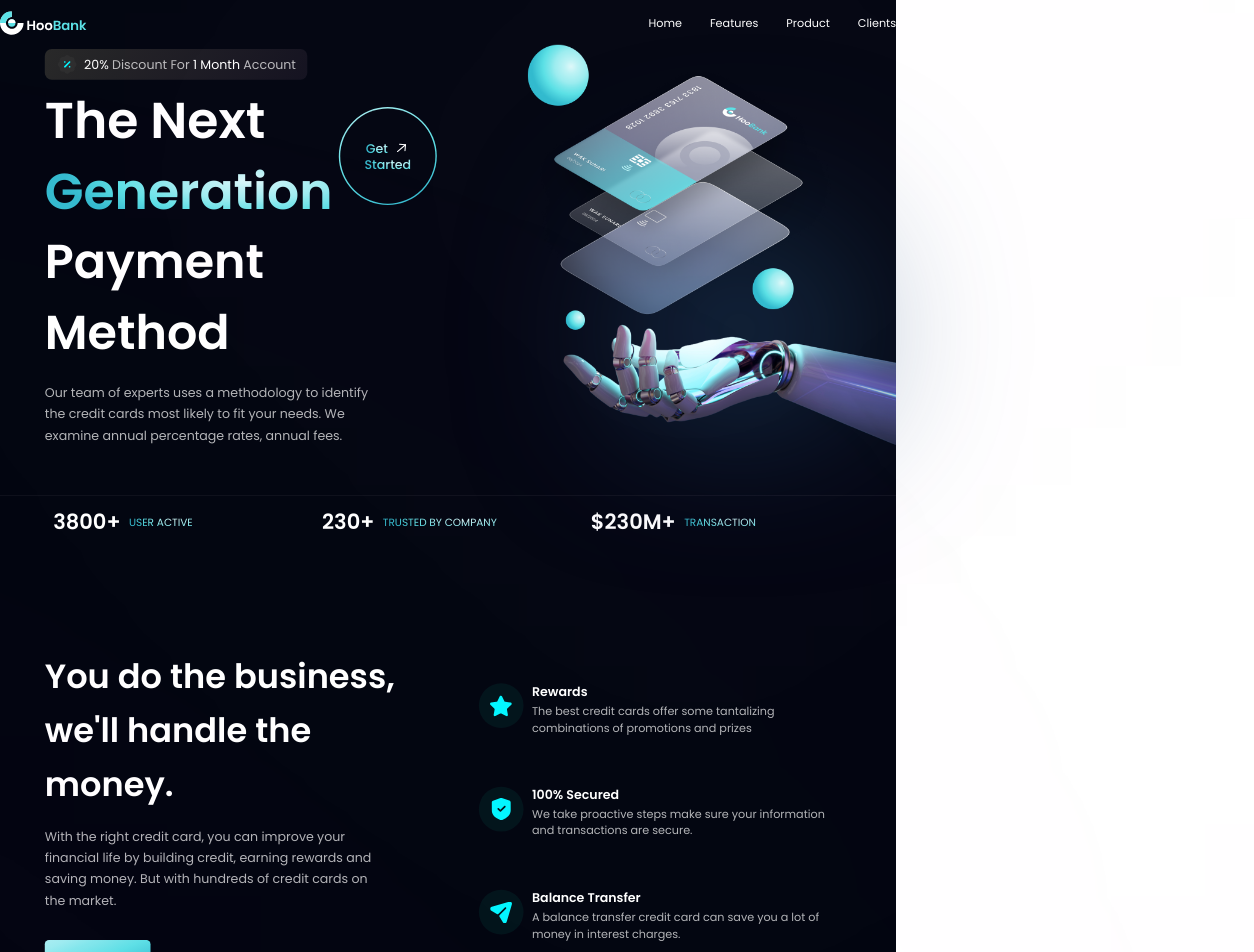
Repository: Carlito-Pedida/modern-app
Page: /
The author's editor kept a copy of each file at every save. The page is drawn from the files as they stood at one save, then again after the next save.
The browser window is 1280 px wide. The page is 1792 px wide, then 1280 px, so the pictures cover 1792 px, including what lies to the right of the window. The pictures show the part of the page from y = 0 to 1360 px (the page is 4402 px tall), at 70% of full size.
The project was rebuilt for these pictures with package versions that can differ from the ones it lists, and the page was loaded fresh each time. Also part of the build but not shown: vite.config.js.

Above is the page before, as saved 2024-11-16 12:42:02.

### src/App.jsx
import styles from "./style";
import {
  Navbar,
  Billing,
  CardDeal,
  Business,
  Clients,
  CTA,
  Stats,
  Footer,
  Testimonials,
  Hero,
} from "./components";

const App = () =>  {
  return (
    <div className="bg-black-gradient-2 ">
      <div className={`${styles.paddingX} ${styles.flexCenter}`}>
        <div className={`${styles.boxWidth} fixed top-0 z-10`}>
          <Navbar/>
        </div>
      </div>

      <div className={`bg-primary ${styles.flexStart}`}>
        <div className={`${styles.boxWidth}`}>
          <Hero/>
        </div>
      </div>

      <div className={`bg-primary ${styles.paddingX} ${styles.flexStart}`}>
        <div className={`${styles.boxWidth}`}>
          <Stats/>
          <Business/>
          <Billing/>
          <CardDeal/>
          <Testimonials/>
          <Clients/>
          <CTA/>
          <Footer/>
        </div>
      </div>

    </div>
  )
}

export default App

### src/style.js
const styles = {
  boxWidth: "xl:max-w-[1280px] w-full",

  heading2: "font-poppins font-semibold xs:text-[48px] text-[40px] text-white xs:leading-[76.8px] leading-[66.8px] w-full",
  paragraph: "font-poppins font-normal text-dimWhite text-[18px] leading-[30.8px]",

  flexCenter: "flex justify-center items-center",
  flexStart: "flex justify-center items-start",

  paddingX: "sm:px-16 px-6",
  paddingY: "sm:py-16 py-6",
  padding: "sm:px-16 px-6 sm:py-12 py-4",

  marginX: "sm:mx-16 mx-6",
  marginY: "sm:my-16 my-6",
};

export const layout = {
  section: `flex md:flex-row flex-col ${styles.paddingY}`,
  sectionReverse: `flex md:flex-row flex-col-reverse ${styles.paddingY}`,

  sectionImgReverse: `flex-1 flex ${styles.flexCenter} md:mr-10 mr-0 md:mt-0 mt-10 relative`,
  sectionImg: `flex-1 flex ${styles.flexCenter} md:ml-10 ml-0 md:mt-0 mt-10 relative`,

  sectionInfo: `flex-1 ${styles.flexStart} flex-col`,
};

export default styles;

### src/components/index.js
import Navbar from "./Navbar";
import Billing from "./Billing";
import CardDeal from "./CardDeal";
import Business from "./Business";
import Clients from "./Clients";
import CTA from "./CTA";
import Stats from "./Stats";
import Footer from "./Footer";
import Testimonials from "./Testimonials";
import Hero from "./Hero";
import GetStarted from "./GetStarted";
import FeatureCard from "./FeatureCard";

export {
  Navbar,
  Billing,
  CardDeal,
  Business,
  Clients,
  CTA,
  Stats,
  Footer,
  Testimonials,
  Hero,
  GetStarted,
  FeatureCard
};

### src/components/Navbar.jsx
import React from 'react';
import {useState} from "react";
import { close, logo, menu } from "../assets";
import {navLinks} from "../constants"

const Navbar = () => {
const [toggle, setToggle] = useState(false)

  return (
    <nav className="w-full flex py-4 justify-between items-center navbar">
      <img src={logo} alt='hoobank' className='w-[124px] h-[32px ]' />

      <ul className='list-none sm:flex hidden justify-end items-center flex-1'>
        { navLinks.map((nav, index) => (
          <li key={nav.id} className={`font-poppins font-normal cursor-pointer text-[16px] ${index === navLinks.length - 1 ? 'mr-0' : "mr-10"} text-white`}>
              <a href={`#${nav.id}`}>
                {nav.title}
              </a>
          </li>
        ))
        }
      </ul>

      <div className='sm:hidden flex flex-1 justify-end items-center'>
        <img src={toggle ? close : menu} alt='menu' className='w-[28px] h-[28px] object-contain' onClick={() => setToggle((prev) => !prev)} />

        <div className={`${toggle ? 'flex' : 'hidden'} p-6 bg-black-gradient absolute top-20 right-0 mx-4 my-2 min-w-[140px] rounded-xl sidebar`}>
        <ul className='list-none sm:flex flex-col justify-end items-center flex-1'>
        { navLinks.map((nav, index) => (
          <li key={nav.id} className={`font-poppins font-normal cursor-pointer text-[16px] ${index === navLinks.length - 1 ? 'mr-0' : "mb-4"} text-white`}>
              <a href={`#${nav.id}`}>
                {nav.title}
              </a>
          </li>
        ))
        }
      </ul>
        </div>
      </div>
    </nav>
  )
}

export default Navbar

### src/components/Billing.jsx
import { apple, bill, google } from "../assets";
import styles, {layout} from "../style"

const Billing = () => (
    <section id="product" className={layout.sectionReverse}>
      <div className={layout.sectionImgReverse}>
        <img src={bill} alt="billing" className="w-[100%] h-[]100% relative z-[5]" />

        {/* gradient start */}
        <div className="absolute z-[3] -left-1/2 top-0 w-[50%] h-[50%]   rounded-full white__gradient" />
        <div className="absolute z-[0] w-[50%] h-[50%] -left-1/2 bottom-0 rounded-full pink__gradient" />
        {/* gradient end */}
      </div>

      <div className={layout.sectionInfo}>
        <h2 className={styles.heading2}>Easily control your <br className="sm:block hidden"/> billing & invoicing.</h2>
        <p className={`${styles.paragraph} max-w-[470px] mt-5`}>Elit enim sed massa etiam. Mauris eu adipiscing ultrices ametodio aenean neque. Fusce ipsum orci rhoncus aliporttitor integer platea placerat.</p>

        <div className="flex flex-row flex-wrap sm:mt-10 mt-6">

         <img src={apple} alt="applestore" className="w-[128px] h-[42px] object-contain mr-5 cursor-pointer " />

          <img src={google} alt="googleplay" className="w-[128px] h-[42px] object-contain cursor-pointer " />
        </div>
      </div>

    </section>
  )

export default Billing

### src/components/CardDeal.jsx
import {card} from "../assets";
import styles, {layout} from "../style"
import Button from "./Button";


const CardDeal = () => (
    <section className={layout.section}>
      <div className={layout.sectionInfo}>
        <h2 className={styles.heading2}>Find a better card deal <br className="sm:block hidden" /> in a few easy steps.</h2>
        <p className={`${styles.paragraph} max-w-[470px] mt-5x`}>Arcu tortor, purus in mattis at sed integer faucibus. Aliquet quis aliquet eget mauris tortor.ç Aliquet ultrices ac, ametau.</p>

        <Button  styles='mt-10' label='Find Deals' />
      </div>

      <div className={layout.sectionImg}>
        <img src={card} alt="card" className="w-[100%] h-[100%] " />
      </div>
    </section>
  )


export default CardDeal

### src/components/Business.jsx
import { features } from "../constants";
import styles, {layout} from "../style";
import Button from "./Button";
import FeatureCard from "./FeatureCard";

const Business = () => {
  return (
    <section id="features" className={layout.section}>
        <div className={layout.sectionInfo}>
          <h2 className={styles.heading2}>You do the business, <br className="sm:block hidden"/> we'll handle the money.</h2>
          <p className={`${styles.paragraph} max-w-[470px] mt-5`}>With the right credit card, you can improve your financial life by building credit, earning rewards and saving money. But with hundreds of credit cards on the market.</p>
          <Button styles='mt-10' label='Get Started'/>
        </div>

        <div className={`${layout.sectionImg} flex-col`}>
          {features.map((feature, index) => (
            <FeatureCard key={feature.id} {...feature} index={index} />
          ))}
        </div>
    </section>
  )
}

export default Business

### src/components/Clients.jsx
import { clients } from "../constants"
import styles from "../style"

const Clients = () => (
    <section className={`${styles.flexCenter} my-4`}>
      <div className={`${styles.flexCenter} flex-wrap w-full`}>
        {clients.map((client) => (
          <div key={client.id} className={`flex-1 ${styles.flexCenter} sm:min-1-[192px] min-w-[120px] group`}>
            <img src={client.logo} alt="client"className="sm:w-[192px] w-[100px] object-contain  transition-all duration-300 group-hover:brightness-200 group-hover:drop-shadow-[0_4px_10px_rgba(255,255,255,0.7)]" />
          </div>
        ))}
      </div>
    </section>
  )


export default Clients

### src/components/CTA.jsx
import styles from "../style"
import Button from "./Button"


const CTA = () => (
    <section className={`${styles.flexCenter} ${styles.marginY} ${styles.padding} sm:flex-row flex-col bg-black-gradient-2 rounded-[20px] box-shadow`}>
      <div className="flex-1 flex flex-col">
        <h2 className={styles.heading2}>Let's try our service now</h2>
        <p className={`${styles.paragraph} max-w-[470px] mt-5`}>Everything you need to accept card payments and grow your business anywhere on the planet.</p>
      </div>

      <div className={`${styles.flexCenter} sm:ml-10 ml-0 sm:mt-0 mt-10`} >
        <Button   styles='mt-10' label='Start Service' />
      </div>
    </section>
  )


export default CTA

### src/components/Stats.jsx
import { stats } from "../constants";
import styles from "../style";


const Stats = () => (
    <div className={`${styles.flexCenter} flex-row flex-wrap sm:mb-20 mb-6`}>
      {stats.map((stat) => (
        <div key={stat.id} className={`flex-1 flex justify-start items-center flex-row m-3`}>
          <h4 className="font-poppins font-semibold xs:text[40px] text-[30px] xs:leading-[53px] leading-[43px] text-white">{stat.value}</h4>
          <p className="font-poppins font-normal xs:text[20px] text-[15px] xs:leading-[26px] leading-[21px] text-gradient uppercase ml-3">{stat.title}</p>
          </div>
      ))}
    </div>
  )

export default Stats

### src/components/Testimonials.jsx
import {feedback} from "../constants"
import styles from "../style"
import FeedbackCard from "./FeedbackCard"

const Testimonials = () => (
  <section id="clients" className={`${styles.paddingY} ${styles.flexCenter} flex-col relative `}>
  <div className="absolute z-[0] w-[60%] h-[60%] -right-[50%] rounded-full blue__gradient bottom-40" />

  <div className="w-full flex justify-between items-center md:flex-row flex-col sm:mb-16 mb-6 relative z-[1]">
    <h2 className={styles.heading2}>
      What People are <br className="sm:block hidden" /> saying about us
    </h2>
    <div className="w-full md:mt-0 mt-6">
      <p className={`${styles.paragraph} text-left max-w-[450px]`}>
        Everything you need to accept card payments and grow your business
        anywhere on the planet.
      </p>
    </div>
  </div>

  <div className="flex flex-wrap sm:justify-start justify-center w-full feedback-container relative z-[1]">
    {feedback.map((card) => <FeedbackCard key={card.id} {...card} />)}
  </div>
</section>
  )


export default Testimonials

### src/components/Hero.jsx
import styles from '../style'
import {discount, robot} from '../assets'
import GetStarted from './GetStarted'

const Hero = () => (
    <section id='home' className={`flex md:flex-row flex-col ${styles.paddingY}`}>
        <div className={`flex-1 ${styles.flexStart} flex-col xl:px-0 sm:px-16 px-6`}>
      <div className='flex flex-row items-center py-[6px] px-4 bg-discount-gradient rounded-[10px] mb-2'>
        <img src={discount} alt='discount'
        className='w-[32px] h-[32px]' />
          <p className={`${styles.paragraph} ml-2`}>
          <span className='text-white'>20%</span> Discount For {" "}
          <span className='text-white'>1 Month</span> Account
        </p>
      </div>

      <div className='flex flex-row justify-between items-center w-full'>
        <h1 className='flex-1 font-poppins font-semibold ss:text-[72px] text-[52px] text-white ss:leading-[100.8px] leading-[75px]'>
          The Next <br className='"sm:block hidden'/>
          <span className='text-gradient'>Generation</span>
        </h1>

        <div className='ss:flex hidden md:mr-4 mr-0'>
          <GetStarted />
        </div>
      </div>

      <h1 className='font-poppins font-semibold ss:text-[68px] text-[52px] text-white ss:leading-[100.8px] leading-[75px] w-full'>Payment Method</h1>

      <p className={`${styles.paragraph} max-w-[470px] mt-5`}>Our team of experts uses a methodology to identify the credit cards most likely to fit your needs.
      We examine annual percentage rates, annual fees.</p>
        </div>

        <div className={`flex-1 flex ${styles.flexCenter} md:my-0 my-10 relative`}>
          <img src={robot} alt='billing' className='w-[100%] h-[100%] relative z-[5]'/>

           {/* gradient start */}
        <div className="absolute z-[0] w-[40%] h-[35%] top-0 pink__gradient" />
        <div className="absolute z-[1] w-[80%] h-[80%] rounded-full white__gradient bottom-40" />
        <div className="absolute z-[0] w-[50%] h-[50%] right-20 bottom-20 blue__gradient" />
        {/* gradient end */}
        </div>

        <div className={`ss:hidden ${styles.flexCenter}`}>
        <GetStarted />
      </div>
    </section>
  )


export default Hero

### src/components/GetStarted.jsx
import styles from "../style"
import { arrowUp } from "../assets"

const GetStarted = () => (
    <div className={`${styles.flexCenter} w-[140px] h-[140px] rounded-full bg-blue-gradient p-[2px] cursor-pointer`}>
      <div className={`${styles.flexCenter} flex-col bg-primary w-[100%] h-[100%] rounded-full`} >
        <div className={`${styles.flexStart} flex-row`}>
          <p className="font-poppins font-medium text-[18px] leading-[23px] mr-2">
            <span className="text-gradient">Get</span>
          </p>
          <img src={arrowUp} alt="arrow" className="w-[23px] h-[23px] object-contain"/>
        </div>
        <p className="font-poppins font-medium text-[18px] leading-[23px]">
            <span className="text-gradient">Started</span>
          </p>
      </div>
    </div>
  )


export default GetStarted

### src/components/FeatureCard.jsx
import styles from "../style";
import { features } from "../constants";

const FeatureCard = ({ icon, title, content, index }) =>
  ( <div className={`flex flex-row p-6 rounded-[20px] ${index !== features.length - 1 ? "mb-6" : "mb-0"} feature-card`}>
      <div className={`w-[64px] h-[64px] rounded-full ${styles.flexCenter} bg-dimBlue`}>
        <img src={icon} alt="star" className="w-[50%] h-[50%] object-contain" />
      </div>
      <div className="flex-1 flex flex-col ml-3">
        <h4 className="font-poppins font-semibold text-white text-[18px] leading-[23.4px] mb-1">
          {title}
        </h4>
        <p className="font-poppins font-normal text-dimWhite text-[16px] leading-[24px]">
          {content}
        </p>
      </div>
    </div>
  )
export default FeatureCard

### src/assets/index.js
import airbnb from "./airbnb.png";
import bill from "./bill.png";
import binance from "./binance.png";
import card from "./card.png";
import coinbase from "./coinbase.png";
import dropbox from "./dropbox.png";
import logo from "./logo.svg";
import quotes from "./quotes.svg";
import robot from "./robot.png";
import send from "./Send.svg";
import shield from "./Shield.svg";
import star from "./Star.svg";
import menu from "./menu.svg";
import close from "./close.svg";
import google from "./google.svg";
import apple from "./apple.svg";
import arrowUp from "./arrow-up.svg";
import discount from "./Discount.svg";
import facebook from "./facebook.svg";
import instagram from "./instagram.svg";
import linkedin from "./linkedin.svg";
import twitter from "./twitter.svg";
import people01 from "./people01.png";
import people02 from "./people02.png";
import people03 from "./people03.png";

export {
  airbnb,
  bill,
  binance,
  card,
  coinbase,
  dropbox,
  logo,
  quotes,
  robot,
  send,
  shield,
  star,
  menu,
  close,
  google,
  apple,
  arrowUp,
  discount,
  facebook,
  instagram,
  linkedin,
  twitter,
  people01,
  people02,
  people03,
};

### src/constants/index.js
import { people01, people02, people03, facebook, instagram, linkedin, twitter, airbnb, binance, coinbase, dropbox, send, shield, star  } from "../assets";

export const navLinks = [
  {
    id: "home",
    title: "Home",
  },
  {
    id: "features",
    title: "Features",
  },
  {
    id: "product",
    title: "Product",
  },
  {
    id: "clients",
    title: "Clients",
  },
];

export const features = [
  {
    id: "feature-1",
    icon: star,
    title: "Rewards",
    content:
      "The best credit cards offer some tantalizing combinations of promotions and prizes",
  },
  {
    id: "feature-2",
    icon: shield,
    title: "100% Secured",
    content:
      "We take proactive steps make sure your information and transactions are secure.",
  },
  {
    id: "feature-3",
    icon: send,
    title: "Balance Transfer",
    content:
      "A balance transfer credit card can save you a lot of money in interest charges.",
  },
];

export const feedback = [
  {
    id: "feedback-1",
    content:
      "Money is only a tool. It will take you wherever you wish, but it will not replace you as the driver.",
    name: "Herman Jensen",
    title: "Founder & Leader",
    img: people01,
  },
  {
    id: "feedback-2",
    content:
      "Money makes your life easier. If you're lucky to have it, you're lucky.",
    name: "Steve Mark",
    title: "Founder & Leader",
    img: people02,
  },
  {
    id: "feedback-3",
    content:
      "It is usually people in the money business, finance, and international trade that are really rich.",
    name: "Kenn Gallagher",
    title: "Founder & Leader",
    img: people03,
  },
];

export const stats = [
  {
    id: "stats-1",
    title: "User Active",
    value: "3800+",
  },
  {
    id: "stats-2",
    title: "Trusted by Company",
    value: "230+",
  },
  {
    id: "stats-3",
    title: "Transaction",
    value: "$230M+",
  },
];

export const footerLinks = [
  {
    title: "Useful Links",
    links: [
      {
        name: "Content",
        link: "https://www.hoobank.com/content/",
      },
      {
        name: "How it Works",
        link: "https://www.hoobank.com/how-it-works/",
      },
      {
        name: "Create",
        link: "https://www.hoobank.com/create/",
      },
      {
        name: "Explore",
        link: "https://www.hoobank.com/explore/",
      },
      {
        name: "Terms & Services",
        link: "https://www.hoobank.com/terms-and-services/",
      },
    ],
  },
  {
    title: "Community",
    links: [
      {
        name: "Help Center",
        link: "https://www.hoobank.com/help-center/",
      },
      {
        name: "Partners",
        link: "https://www.hoobank.com/partners/",
      },
      {
        name: "Suggestions",
        link: "https://www.hoobank.com/suggestions/",
      },
      {
        name: "Blog",
        link: "https://www.hoobank.com/blog/",
      },
      {
        name: "Newsletters",
        link: "https://www.hoobank.com/newsletters/",
      },
    ],
  },
  {
    title: "Partner",
    links: [
      {
        name: "Our Partner",
        link: "https://www.hoobank.com/our-partner/",
      },
      {
        name: "Become a Partner",
        link: "https://www.hoobank.com/become-a-partner/",
      },
    ],
  },
];

export const socialMedia = [
  {
    id: "social-media-1",
    icon: instagram,
    link: "https://www.instagram.com/",
  },
  {
    id: "social-media-2",
    icon: facebook,
    link: "https://www.facebook.com/",
  },
  {
    id: "social-media-3",
    icon: twitter,
    link: "https://www.twitter.com/",
  },
  {
    id: "social-media-4",
    icon: linkedin,
    link: "https://www.linkedin.com/",
  },
];

export const clients = [
  {
    id: "client-1",
    logo: airbnb,
  },
  {
    id: "client-2",
    logo: binance,
  },
  {
    id: "client-3",
    logo: coinbase,
  },
  {
    id: "client-4",
    logo: dropbox,
  },
];

### src/components/Button.jsx
import React from 'react'

const Button = ({styles, label}) => {
  return (
    <button type='button' className={`py-3 px-6 bg-blue-gradient font-poppins font-medium text-[18px] text-primary outline-none rounded-md ${styles}`}>{label}</button>
  )
}

export default Button

### src/components/FeedbackCard.jsx
import { quotes } from "../assets";

const FeedbackCard = ({ content, name, title, img }) => (
  <div className="flex justify-between flex-col px-10 py-12 rounded-[20px]  max-w-[370px] md:mr-10 sm:mr-5 mr-0 my-5 feedback-card">
    <img src={quotes} alt="double_quotes" className="w-[42.6px] h-[27.6px] object-contain" />
    <p className="font-poppins font-normal text-[18px] leading-[32.4px] text-white my-10">
      {content}
    </p>

    <div className="flex flex-row">
      <img src={img} alt={name} className="w-[48px] h-[48px] rounded-full" />
      <div className="flex flex-col ml-4">
        <h4 className="font-poppins font-semibold text-[20px] leading-[32px] text-white">
          {name}
        </h4>
        <p className="font-poppins font-normal text-[16px] leading-[24px] text-dimWhite">
          {title}
        </p>
      </div>
    </div>
  </div>
);


export default FeedbackCard;

### tailwind.config.js
/** @type {import('tailwindcss').Config} */
module.exports = {
  content: ["./index.html", "./src/**/*.{js,jsx}"],
  mode: "jit",
  theme: {
    extend: {
      colors: {
        primary: "#00040f",
        secondary: "#00f6ff",
        dimWhite: "rgba(255, 255, 255, 0.7)",
        dimBlue: "rgba(9, 151, 124, 0.1)"
      },
      fontFamily: {
        poppins: ["Poppins", "sans-serif"]
      }
    },
    screens: {
      xs: "480px",
      ss: "620px",
      sm: "768px",
      md: "1060px",
      lg: "1200px",
      xl: "1700px"
    }
  },
  plugins: []
};

Loaded but not shown: index.html (common file); src/main.jsx (common file); src/index.css (common file); src/components/Footer.jsx (common file)

After the next save:
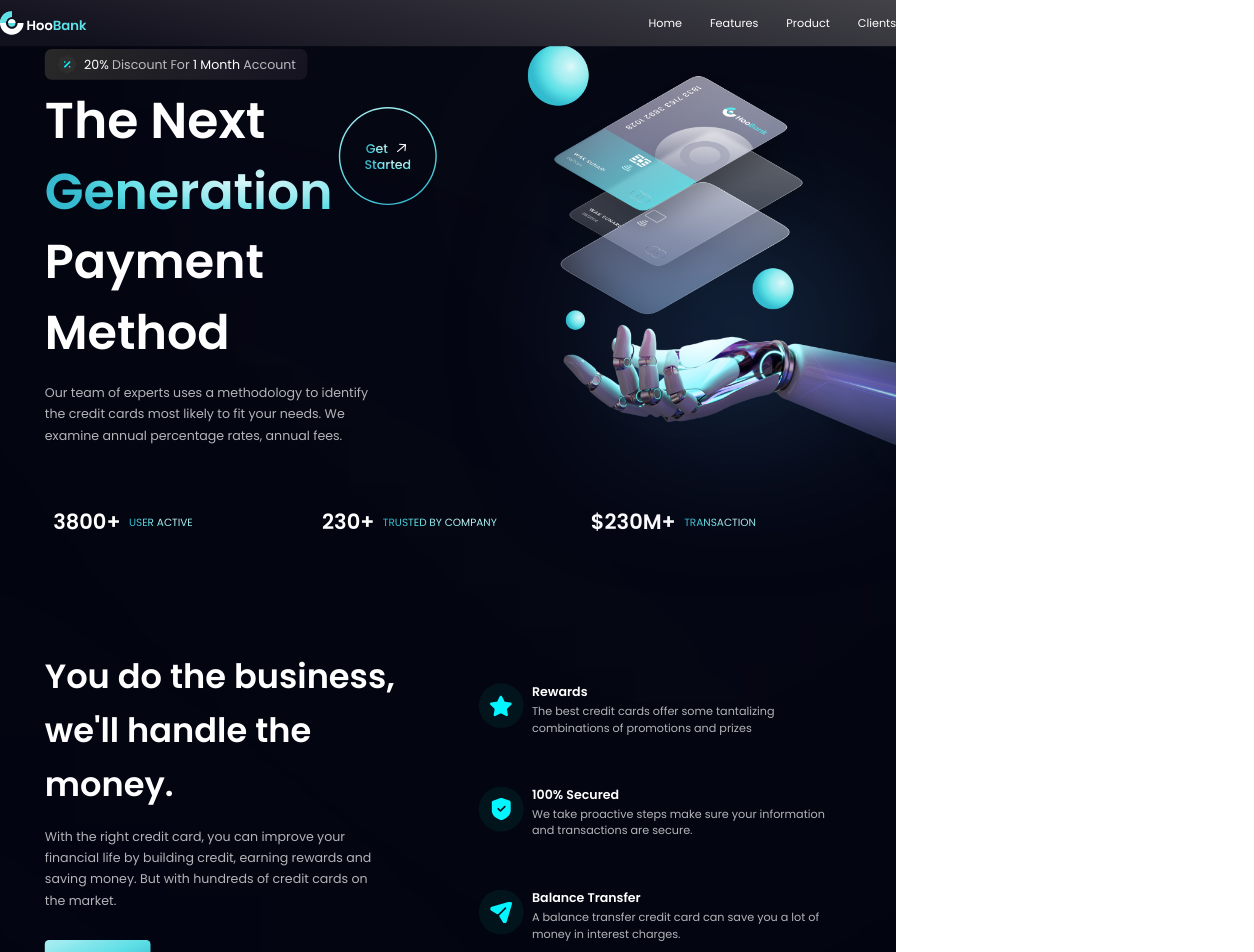
Saved 13 s later.
--- a/src/App.jsx
+++ b/src/App.jsx
@@ -14,9 +14,9 @@
 
 const App = () =>  {
   return (
-    <div className="bg-black-gradient-2 ">
+    <div className="bg-primary w-full overflow-hidden">
       <div className={`${styles.paddingX} ${styles.flexCenter}`}>
-        <div className={`${styles.boxWidth} fixed top-0 z-10`}>
+        <div className={`${styles.boxWidth} fixed top-0 z-10 bg-black-gradient-2`}>
           <Navbar/>
         </div>
       </div>
